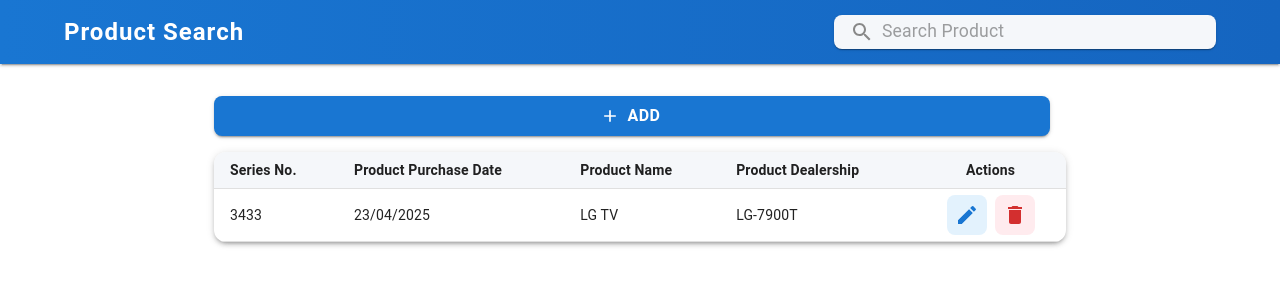
Repository: Sharathguru/Product_Task
Page: / (app in Frontend/)
These files come from the project's save history. The page is drawn as it stood at one moment and after the next save; the edit follows.
The browser window is 1280 px wide. The pictures show the whole page.
The project was rebuilt for these pictures with package versions that can differ from the ones it lists, and the page was loaded fresh each time. Requests to the local data server were answered from the project's data file. Also part of the build but not shown: Frontend/vite.config.js, Frontend/src/index.css, Frontend/src/Pages/product.js, Frontend/src/Pages/Insert.jsx, Frontend/src/Pages/Update.jsx, Frontend/src/Pages/Delete.jsx.

Above is the page before, as saved 2025-06-13 16:28:42.

After the next save:
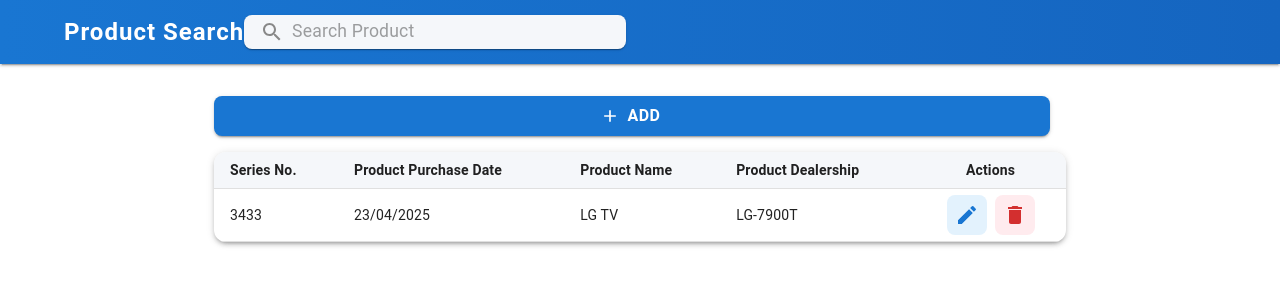
Saved 44 s later.
--- a/Frontend/src/Components/Navbar.jsx
+++ b/Frontend/src/Components/Navbar.jsx
@@ -33,14 +33,14 @@ const Navbar = ({ search, setSearch }) => {
         //   }}
         >
           <Box
-            sx={{
-              flexGrow: 1,
-              display: "flex",
-              alignItems: "center",
-              justifyContent: isMobile ? "center" : "flex-start",
-              width: isMobile ? "100%" : "auto",
-              mb: isMobile ? 1 : 0,
-            }}
+            // sx={{
+            //   flexGrow: 1,
+            //   display: "flex",
+            //   alignItems: "center",
+            //   justifyContent: isMobile ? "center" : "flex-start",
+            //   width: isMobile ? "100%" : "auto",
+            //   mb: isMobile ? 1 : 0,
+            // }}
           >
             <Typography
               variant="h5"
